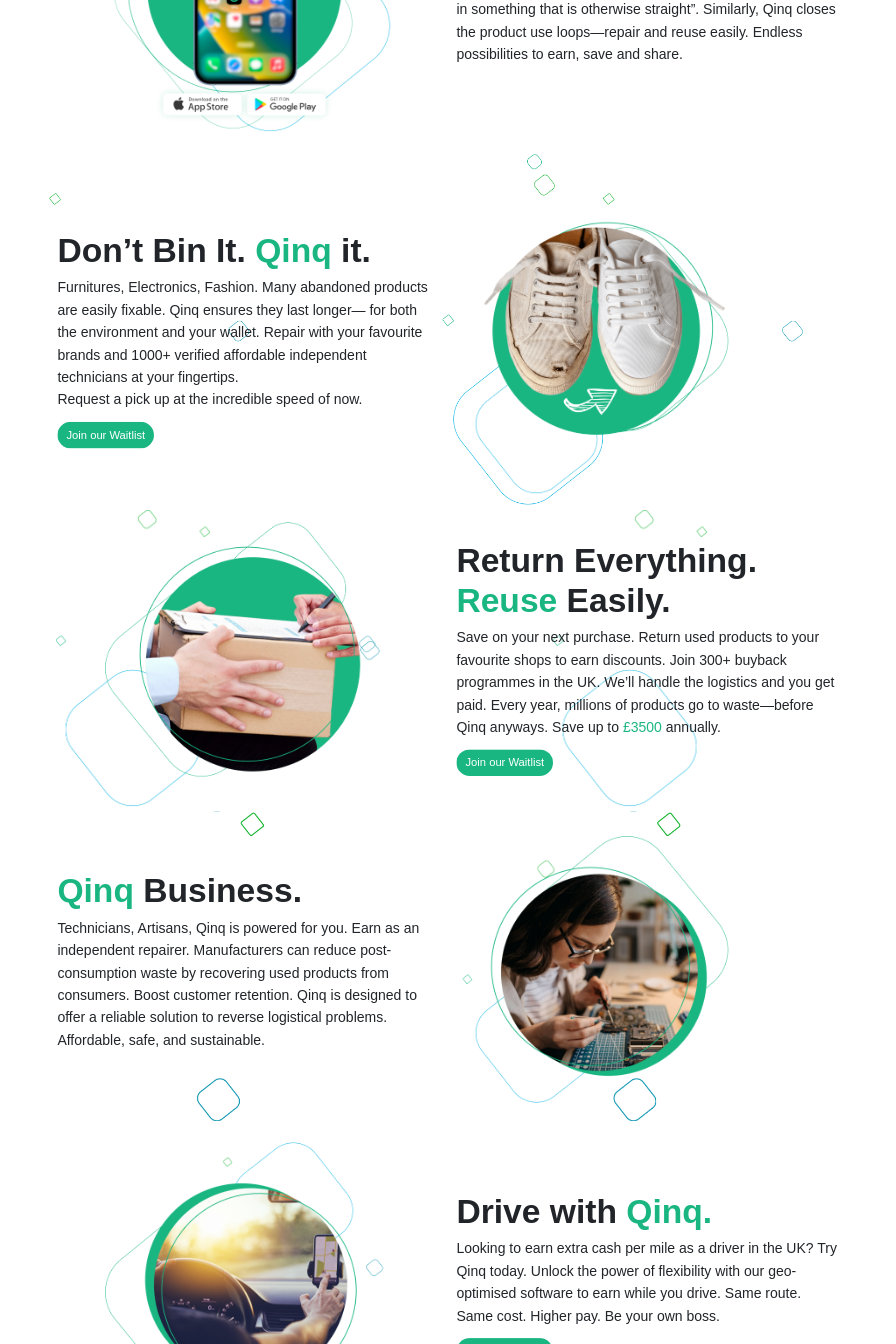
Repository: HelloQinq2023/qinq.github.io
Page: index.html
These files come from the project's save history. The page is drawn as it stood at one moment and after the next save; the edit follows.
The browser window is 1280 px wide. The pictures show the part of the page from y = 1131 to 3051 px (the page is 3722 px tall before and 3595 px after), at 70% of full size.
Backgrounds fixed to the window are drawn as part of the page. Some web fonts or font styles are not loaded; a fallback is used.

Above is the page before, as saved 2023-03-01 17:37:25.

### index.html
<!doctype html>
<html lang="en">
  <head>
    <meta charset="utf-8">
    <meta name="viewport" content="width=device-width, initial-scale=1">
    <title>Qinq</title>
    <link href="https://cdn.jsdelivr.net/npm/bootstrap@5.3.0-alpha1/dist/css/bootstrap.min.css" rel="stylesheet" integrity="sha384-GLhlTQ8iRABdZLl6O3oVMWSktQOp6b7In1Zl3/Jr59b6EGGoI1aFkw7cmDA6j6gD" crossorigin="anonymous">
    <link rel="stylesheet" type="text/css" href="css/style.css" />
    <link rel="icon" href="images/fav/favicon.ico" sizes="16x16" />

  </head>
  <body>
    <nav class="navbar navbar-expand-lg bg-body-tertiary" style="z-index:2">
        <div class="container">
          <a class="navbar-brand" href="#"><img src="images/logo.png" class="w-50 d-none d-md-block"></a>
          <a class="navbar-brand" href="#"><img src="images/logo.png" class="w-50 d-block d-md-none mx-auto"></a>
          <button class="navbar-toggler w-100" type="button" data-bs-toggle="collapse" data-bs-target="#navbarNav" aria-controls="navbarNav" aria-expanded="false" aria-label="Toggle navigation">
            <span class="navbar-toggler-icon"></span>
          </button>
          <div class="collapse navbar-collapse" id="navbarNav">
            <ul class="navbar-nav ms-auto">
              <li class="nav-item">
                <a class="nav-link active" aria-current="page" href="#">Home</a>
              </li>
              <li class="nav-item">
                <a class="nav-link" href="#">About</a>
              </li>
              <li class="nav-item">
                <a class="nav-link" href="#">Features</a>
              </li>
            </ul>
          </div>
        </div>
      </nav>

      <section id="hero" style="background:url('images/herobg.png'), rgba(26,182,130, 0.16);  background-size:contain; background-repeat: no-repeat;  background-attachment: fixed; background-position: center;" class="py-5">
        <div class="container py-5">
            <div class="row">
                <div class="col-md-6">
                    <h1 class="display-3" style="font-weight:600">
                        <span class="green">Repair</span> Anything. <br>
                        <span class="green">Reuse</span> Everything.<br>
                        <span class="green">Dispose</span> Nothing.
                    </h1>
                    <p class="mt-4 h5" >Use products longer and better.
                        Fashion, Electronics, Furnitures—Shop eco-friendly products. Locate reliable independent technicians near you. Get rid of your waste bins.</p>

                        <button class="btn mt-4 rounded-pill greenbg text-white btn-lg btn-outline-0" type="button" data-bs-toggle="modal" data-bs-target="#exampleModal">Join Waitlist</button>

                </div>
                <div class="col-md-6 d-flex justify-content-center align-items-center ">
                    <img src="images/wm2.png" style="position:absolute; top:10; right:0; width:600px; float:right" class="d-none d-md-block">
                </div>
            </div>
        </div>
      </section>


      <section id="about"  class="pt-2 d-block d-md-none">
        <div class="container py-5 mt-2" style="background:url('images/about1section.png'); background-size:contain">
          <div class="row">
              <div class="col-md-6 d-flex justify-content-center align-items-center">
                  <img src="images/about1.png" class="w-75 img-fluid img-responsive img">
              </div>
              <div class="col-md-6 d-flex justify-content-center align-items-center">
                  <div>
                      <h2 class="display-5" style="font-weight:600">About<span class="green"> Qinq</span></h2>
                      <p>Qinq extends your favourite products’ lifespans with the magic of now.
                          Originating from “kink” meaning “a sharp curve in something that is otherwise straight”. Similarly, Qinq closes the product use loops—repair and reuse easily. Endless possibilities to earn, save and share.</p>
                  </div>
              </div>
          </div>
      </div>


      <div class="container py-3 mt-2" style="background:url('images/about2section.png'); background-size:contain">
          <div class="row">
              <div class="col-md-6 d-flex justify-content-center align-items-center">
                  <div>
                      <h2 class="display-5" style="font-weight:600">Don’t Bin It. <span class="green">Qinq</span> it.</h2>
                      <p>Furnitures, Electronics, Fashion.
                          Many abandoned products are easily fixable. Qinq ensures they last longer— for both the environment and your wallet.
                          Repair with your favourite brands and 1000+ verified affordable independent technicians at your fingertips.
                          <br>
                          Request a pick up at the incredible speed of now.</p>
                          <button class="btn greenbg text-white rounded-pill"> Join our Waitlist</button>
                  </div>
              </div>
              <div class="col-md-6 d-flex justify-content-center align-items-center">
                  <img src="images/about2.png" class="w-75 img-fluid img-responsive img">
              </div>
          </div>

      </div>
    </section>
      <section id="about"  class="pt-5 mt-2 d-none d-md-block">
        <div class="container py-5 mt-5" style="background:url('images/about1section.png'); background-size:contain">
            <div class="row">
                <div class="col-md-6 d-flex justify-content-center align-items-center">
                    <img src="images/about1.png" class="w-75 img-fluid img-responsive img">
                </div>
                <div class="col-md-6 d-flex justify-content-center align-items-center">
                    <div>
                        <h2 class="display-5" style="font-weight:600">About<span class="green"> Qinq</span></h2>
                        <p>Qinq extends your favourite products’ lifespans with the magic of now.
                            Originating from “kink” meaning “a sharp curve in something that is otherwise straight”. Similarly, Qinq closes the product use loops—repair and reuse easily. Endless possibilities to earn, save and share.</p>
                    </div>
                </div>
            </div>
        </div>


        <div class="container py-3 mt-2" style="background:url('images/about2section.png'); background-size:contain">
            <div class="row">
              <div class="col-md-6 d-flex justify-content-center align-items-center d-block d-md-none">
                  <img src="images/about2.png" class="w-75 img-fluid img-responsive img">
              </div>
                <div class="col-md-6 d-flex justify-content-center align-items-center">
                    <div>
                        <h2 class="display-5" style="font-weight:600">Don’t Bin It. <span class="green">Qinq</span> it.</h2>
                        <p>Furnitures, Electronics, Fashion.
                            Many abandoned products are easily fixable. Qinq ensures they last longer— for both the environment and your wallet.
                            Repair with your favourite brands and 1000+ verified affordable independent technicians at your fingertips.
                            <br>
                            Request a pick up at the incredible speed of now.</p>
                            <button class="btn greenbg text-white rounded-pill"> Join our Waitlist</button>
                    </div>
                </div>
                <div class="col-md-6 d-flex justify-content-center align-items-center d-none d-md-block">
                    <img src="images/about2.png" class="w-75 img-fluid img-responsive img">
                </div>
            </div>

        </div>

      </section>

      <section id="features">
        <div class="container py-3 mt-2" style="background:url('images/about2section.png'); background-size:contain; background-position:50% 50%">
            <div class="row">
                <div class="col-md-6 d-flex justify-content-center align-items-center">
                    <img src="images/features.png" class="w-75 img-fluid img-responsive img">
                </div>
                <div class="col-md-6 d-flex justify-content-center align-items-center">
                    <div>
                        <h2 class="display-5" style="font-weight:600">Return Everything.<span class="green"> Reuse</span> Easily.</h2>
                        <p>Save on your next purchase. Return used products to your favourite shops to earn discounts. Join 300+ buyback programmes in the UK. We’ll handle the logistics and you get paid.
                            Every year, millions of products go to waste—before Qinq anyways. Save up to <span class="green">£3500</span> annually.</p>

                            <button class="btn greenbg text-white rounded-pill"> Join our Waitlist</button>
                    </div>
                </div>
            </div>
        </div>

        <div class="container py-3 mt-2" style="background:url('images/features2bg.png'); background-size:contain; background-position:center 10%">
            <div class="row">
                  <div class="col-md-6 d-flex justify-content-center align-items-center d-block d-md-none">
                    <img src="images/features1.png" class="w-75 img-fluid img-responsive img">
                  </div>
                <div class="col-md-6 d-flex justify-content-center align-items-center">
                    <div>
                        <h2 class="display-5" style="font-weight:600"><span class="green">Qinq</span> Business.</h2>
                        <p>Technicians, Artisans, Qinq is powered for you. Earn as an independent repairer.
                            Manufacturers can reduce post-consumption waste by recovering used products from consumers. Boost customer retention. Qinq is designed to offer a reliable solution to reverse logistical problems. Affordable, safe, and sustainable.</p>
                    </div>
                </div>
                <div class="col-md-6 d-flex justify-content-center align-items-center d-none d-md-block">
                  <img src="images/features1.png" class="w-75 img-fluid img-responsive img">
              </div>
            </div>

        </div>


        <div class="container py-3 mt-2">
            <div class="row">
                <div class="col-md-6 d-flex justify-content-center align-items-center">
                    <img src="images/features2.png" class="w-75 img-fluid img-responsive img">
                </div>
                <div class="col-md-6 d-flex justify-content-center align-items-center">
                    <div>
                        <h2 class="display-5" style="font-weight:600">Drive with<span class="green"> Qinq.</span></h2>
                        <p>Looking to earn extra cash per mile as a driver in the UK? Try Qinq today.
                            Unlock the power of flexibility with our geo-optimised software to earn while you drive.
                            Same route. Same cost. Higher pay. Be your own boss.</p>

                            <button class="btn greenbg text-white rounded-pill"> Join our Waitlist</button>
                    </div>
                </div>
            </div>
        </div>
      </section>

      <section id="imagine" class="py-5" style="background-image:url('images/footerbg.png'); background-size:contain">
        <div class="container text-center py-5 text-white">
            <h2 class="display-5" style="font-weight:600">Imagine a world without waste bins? Exhilarating.</h2>
            <p>Qinq embodies a co-creative culture.
                Our mission is definite and eloquent. However, we need your support actualise our vision. Let’s journey together for people, planet and prosperity.</p>
                <button class="btn bg-white green rounded-pill py-2 px-3">Lend your Support</button>
        </div>
      </section>

      <section id="footer">
       <div class="container py-4">
        <div class="row">
          <div class="col-md-4 d-flex justify-content-center align-items-center">
            <a class="navbar-brand d-flex justify-content-center align-items-center" href="#"><img src="images/logo.png" class="w-25 mx-auto"></a>
          </div>

          <div class="col-md-4 d-flex justify-content-center align-items-center">
            <div class="">
            <div class="d-none d-md-block">
              <div class="d-inline p-3">Home</div>
              <div class="d-inline p-3">About</div>
              <div class="d-inline p-3">Features</div>
            </div>
          </div>

            <div class="d-block d-md-none mt-3" style="text-align: center;">
              <span class="d-block p-2">Home</span>
              <span class="d-block p-2">About</span>
              <span class="d-block p-2">Features</span>
            </div>
          </div>

          <div class="col-md-4 d-flex justify-content-center align-items-center">
              <div class="d-inline p-3"><img src="images/fb.png" width="30" height="30"></div>
              <div class="d-inline p-3"><img src="images/ig.png" width="30" height="30"></div>
              <div class="d-inline p-3"><img src="images/twitter.png" width="30" height="30"></div>
          </div>
        </div>
       </div>
      </section>
      <!----MODAL-->
      <div class="modal fade" id="exampleModal" tabindex="-1" role="dialog" aria-labelledby="exampleModalLabel" aria-hidden="true">
        <div class="modal-dialog" role="document">
          <div class="modal-content">
            <div class="modal-header">
              <h5 class="modal-title" id="exampleModalLabel">Form</h5>
              <button type="button" class="close" data-dismiss="modal" aria-label="Close">
                <span aria-hidden="true">&times;</span>
              </button>
            </div>
            <form>
            <div class="modal-body">
                    <div class="form-group">
                      <label for="exampleInputEmail1">Name</label>
                      <input type="text" class="form-control" id="exampleInputEmail1" aria-describedby="emailHelp" placeholder="Enter Name">
                      <small id="emailHelp" class="form-text text-muted">We'll like to know you on a more friendly basis</small>
                    </div>

                    <div class="form-group">
                      <label for="exampleInputEmail1">Email address</label>
                      <input type="email" class="form-control" id="exampleInputEmail1" aria-describedby="emailHelp" placeholder="Enter email">
                      <small id="emailHelp" class="form-text text-muted">We'll never share your email with anyone else.</small>
                    </div>

                    <label></label>
                    <select class="form-select" aria-label="Default select example">
                        <option selected>Use Longer</option>
                        <option value="1">Repairer</option>
                        <option value="2">Business</option>
                        <option value="3">Drive</option>
                      </select>
            </div>
            <div class="modal-footer">
              <button type="button" class="btn btn-secondary" data-dismiss="modal">Close</button>
              <button type="button" class="btn btn-primary">Submit</button>
            </div>
        </form>
          </div>
        </div>
      </div>
    </body>
    <script src="https://code.jquery.com/jquery-3.6.3.js" integrity="sha256-nQLuAZGRRcILA+6dMBOvcRh5Pe310sBpanc6+QBmyVM=" crossorigin="anonymous"></script>
    <script src="https://cdn.jsdelivr.net/npm/@popperjs/core@2.11.6/dist/umd/popper.min.js" integrity="sha384-oBqDVmMz9ATKxIep9tiCxS/Z9fNfEXiDAYTujMAeBAsjFuCZSmKbSSUnQlmh/jp3" crossorigin="anonymous"></script>
<script src="https://cdn.jsdelivr.net/npm/bootstrap@5.3.0-alpha1/dist/js/bootstrap.min.js" integrity="sha384-mQ93GR66B00ZXjt0YO5KlohRA5SY2XofN4zfuZxLkoj1gXtW8ANNCe9d5Y3eG5eD" crossorigin="anonymous"></script></html>

### css/style.css
@import url('https://fonts.cdnfonts.com/css/mont');

body{
	font-family: 'Mont', sans-serif;
}

p{
	font-weight:normal;
	font-size:20px;
	line-height:32px
}
.green{
    color:#1ab682
}

.greenbg{
    background-color: #1ab682;
}

.bounce{
    animation: bounce 5s infinite;
	-webkit-animation: bounce 5s infinite;
	-moz-animation: bounce 2s infinite;
	-o-animation: bounce 2s infinite;
}

@-webkit-keyframes bounce {
	0%, 20%, 50%, 80%, 100% {-webkit-transform: translateY(0);}
	40% {-webkit-transform: translateY(-30px);}
}

@-moz-keyframes bounce {
	0%, 20%, 50%, 80%, 100% {-moz-transform: translateY(0);}
}

@-o-keyframes bounce {
	0%, 20%, 50%, 80%, 100% {-o-transform: translateY(0);}
}
@keyframes bounce {
	0%, 20%, 50%, 80%, 100% {transform: translateY(0);}
	40% {-webkit-transform: translateY(-30px);}
}

After the next save:
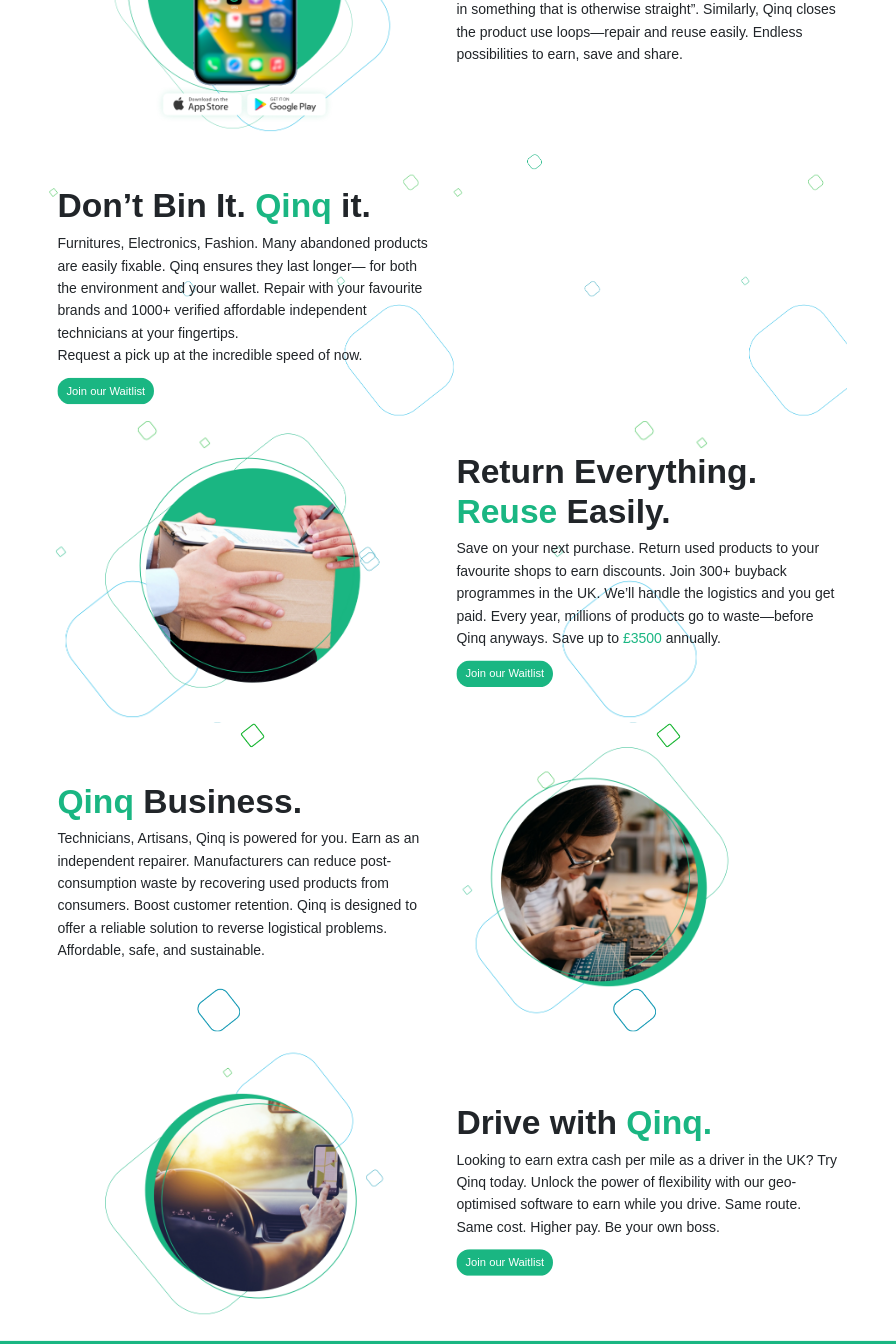
Saved 62 s later.
--- a/index.html
+++ b/index.html
@@ -126,9 +126,6 @@
                             <button class="btn greenbg text-white rounded-pill"> Join our Waitlist</button>
                     </div>
                 </div>
-                <div class="col-md-6 d-flex justify-content-center align-items-center d-none d-md-block">
-                    <img src="images/about2.png" class="w-75 img-fluid img-responsive img">
-                </div>
             </div>
 
         </div>

After the save that followed:
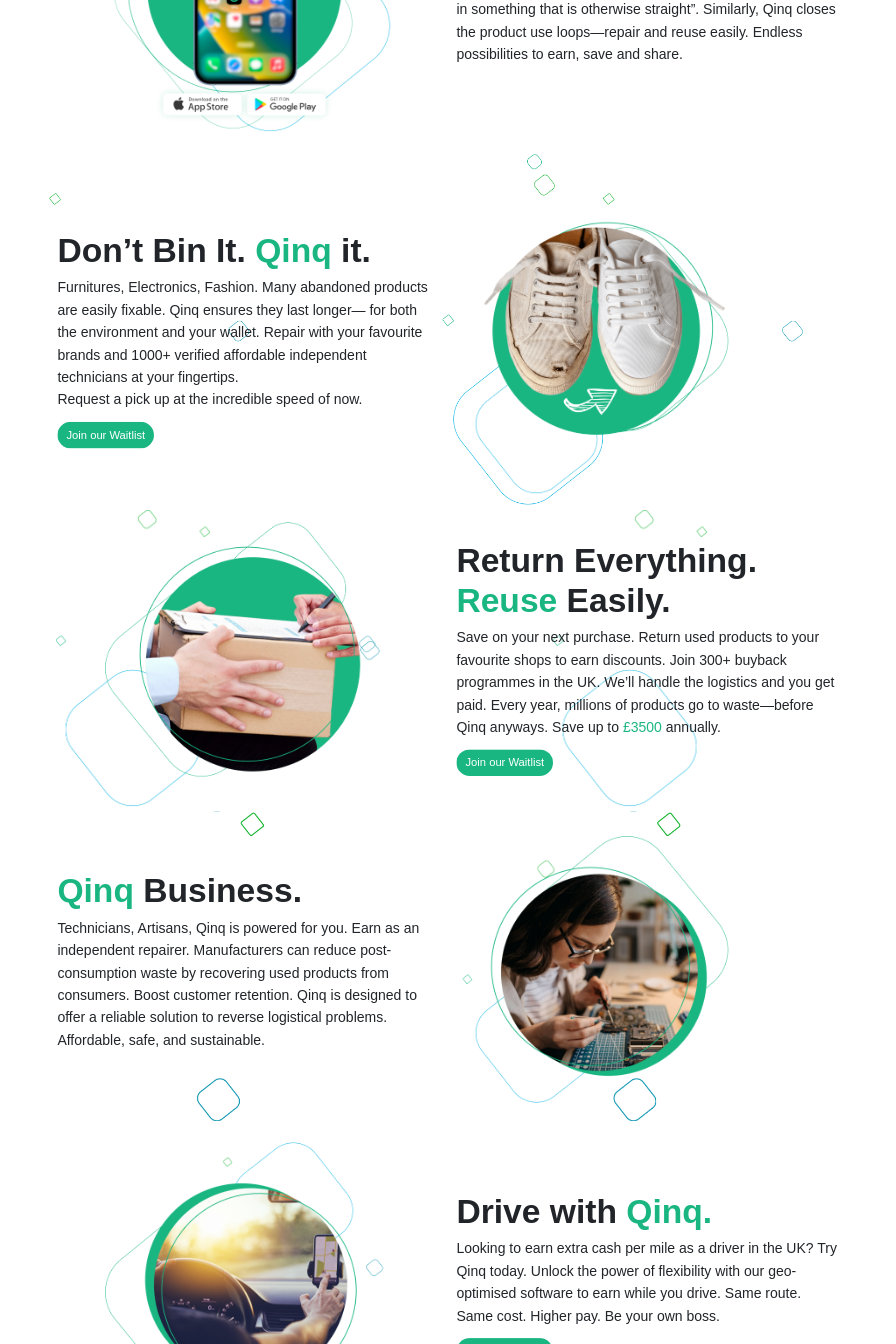
Saved 9 s later.
--- a/index.html
+++ b/index.html
@@ -126,6 +126,9 @@
                             <button class="btn greenbg text-white rounded-pill"> Join our Waitlist</button>
                     </div>
                 </div>
+                <div class="col-md-6 d-flex justify-content-center align-items-center d-none d-md-block">
+                    <img src="images/about2.png" class="w-75 img-fluid img-responsive img">
+                </div>
             </div>
 
         </div>
